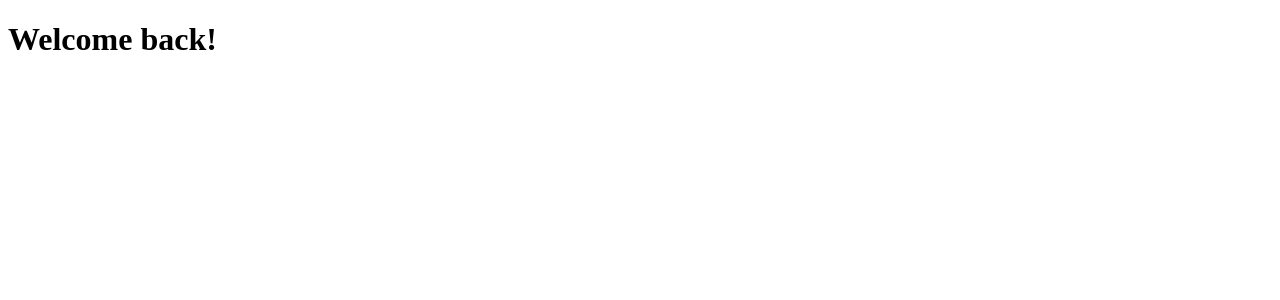
Repository: Leeminsu67/react-for-beginners
Page: /
An editor plug-in stored every save of this project. The page is shown before and after the next save, followed by the edit.
The browser window is 1280 px wide. The pictures show the whole page.
The project was rebuilt for these pictures with package versions that can differ from the ones it lists, and the page was loaded fresh each time.

Above is the page before, as saved 2024-08-02 15:30:37.

### src/App.js
function App() {
  return (
    <>
      <h1>Welcome back!</h1>
    </>
  );
}

export default App;

### src/Button.js
import React from "react";

const Button = ({ text }) => {
  return <button>{text}</button>;
};

export default Button;

Loaded but not shown: public/index.html (common file); src/index.js (common file)

After the next save:
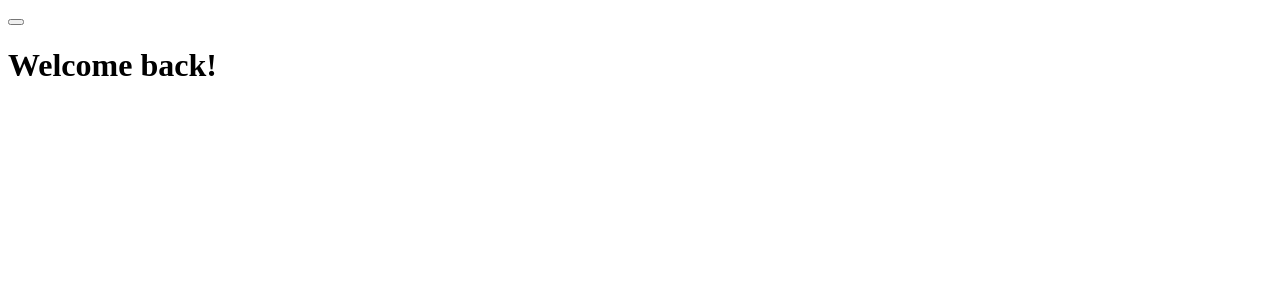
Saved 16 s later.
--- a/src/App.js
+++ b/src/App.js
@@ -1,6 +1,9 @@
+import Button from "./Button";
+
 function App() {
   return (
     <>
+      <Button />
       <h1>Welcome back!</h1>
     </>
   );
